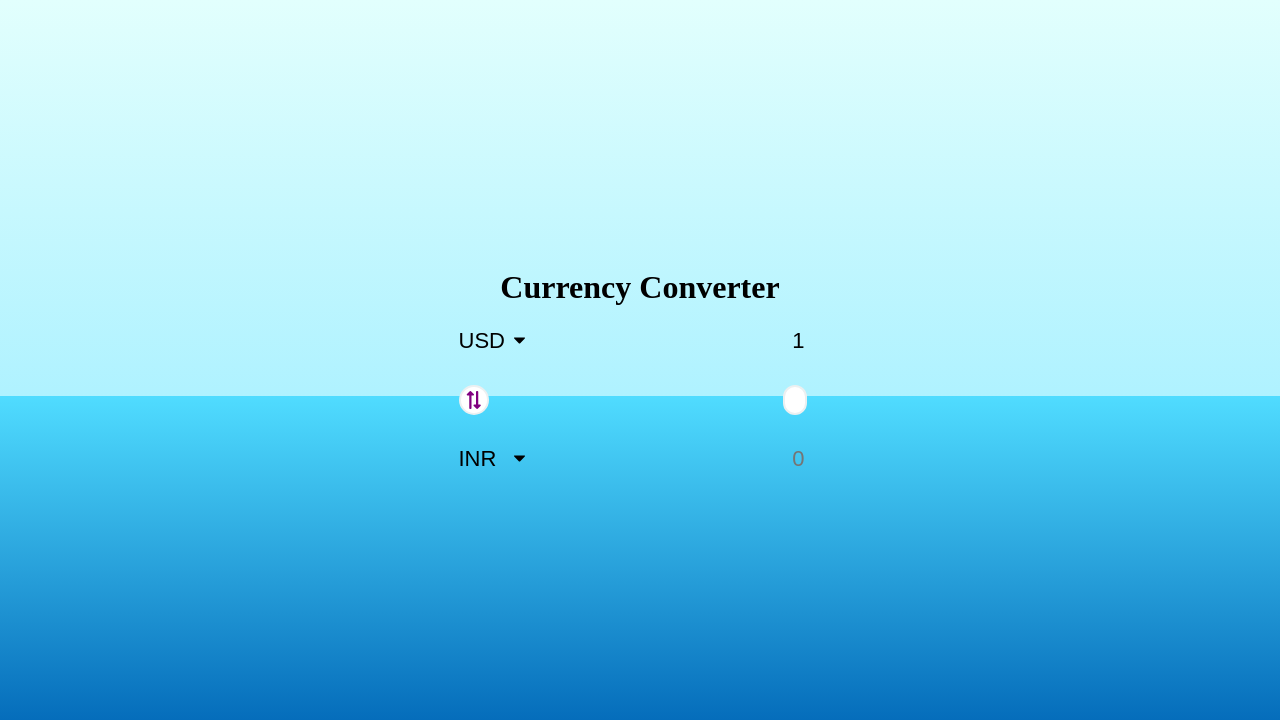
Repository: Sp4ngl3r/Currency-Converter
Page: currency.html
The author's editor kept a copy of each file at every save. The page is drawn from the files as they stood at one save, then again after the next save.
The browser window is 1280 px wide. The pictures show the whole page.
The page's requests for data from a server got no answer. Some web fonts or font styles are not loaded; a fallback is used. Some web libraries are served in a nearby version.

Above is the page before, as saved 2020-04-19 09:05:14.

After the next save:
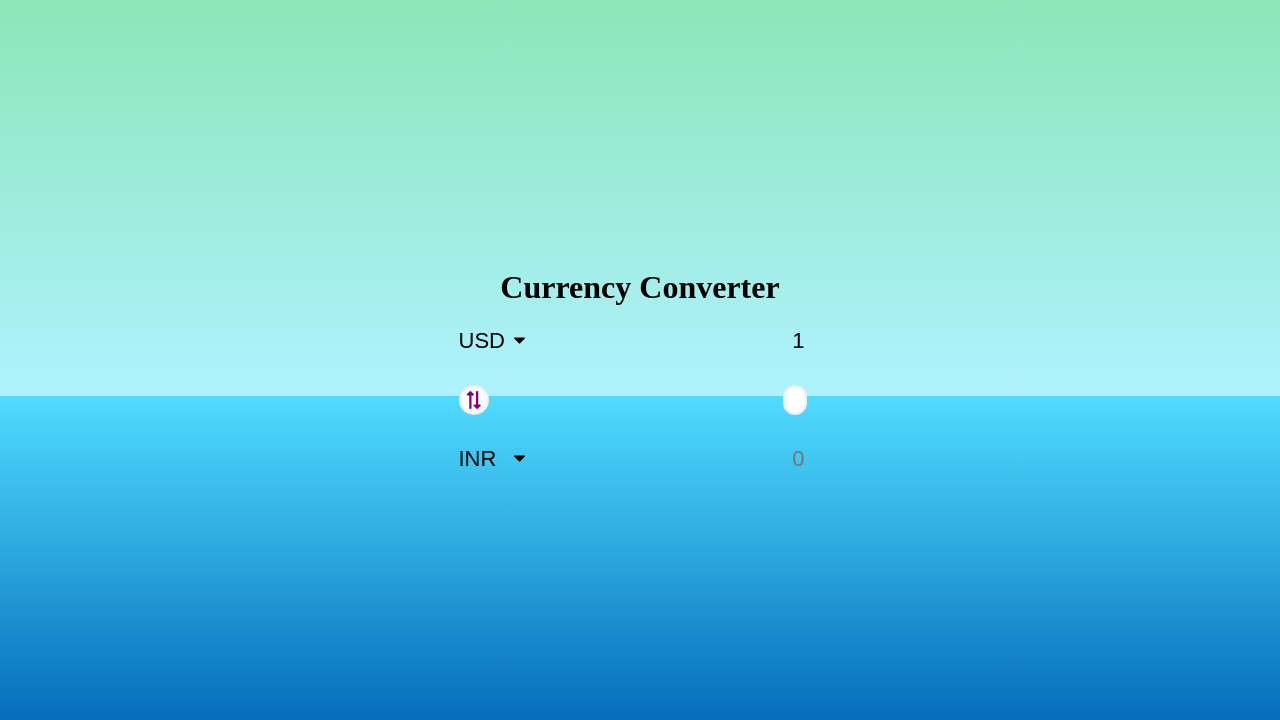
Saved 101 s later.
--- a/currency.css
+++ b/currency.css
@@ -5,7 +5,7 @@
 body {
   background: linear-gradient(
     to bottom,
-    #e2fffd 0%,
+    #8ce6b8 0%,
     #aff2ff 55%,
     #50dcff 55%,
     #056dbb 100%
